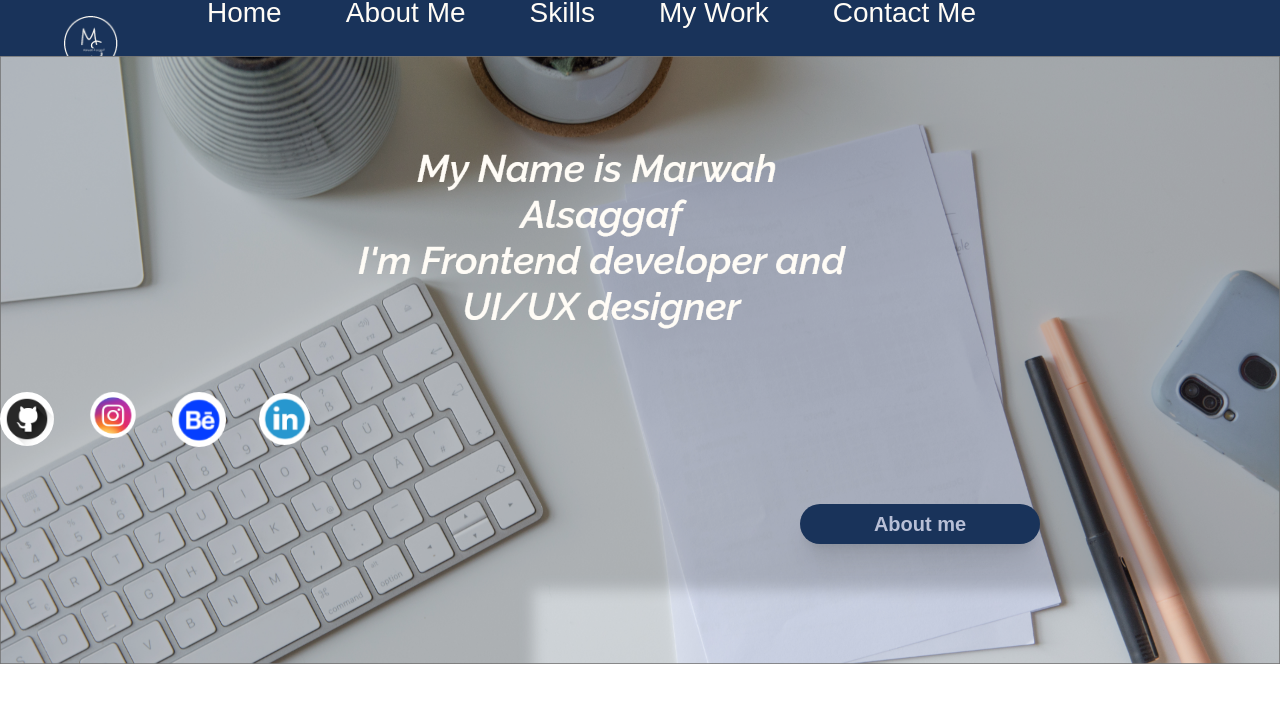
Repository: MEROO1010/my_portfolio
Page: /
An editor plug-in stored every save of this project. The page is shown before and after the next save, followed by the edit.
The browser window is 1280 px wide. The pictures show the whole page.
The project was rebuilt for these pictures with package versions that can differ from the ones it lists, and the page was loaded fresh each time. The framework's server and built-in components were replaced by stand-ins that run in the browser. Also part of the build but not shown: next.config.js.

Above is the page before, as saved 2023-03-10 01:33:36.

After the next save:
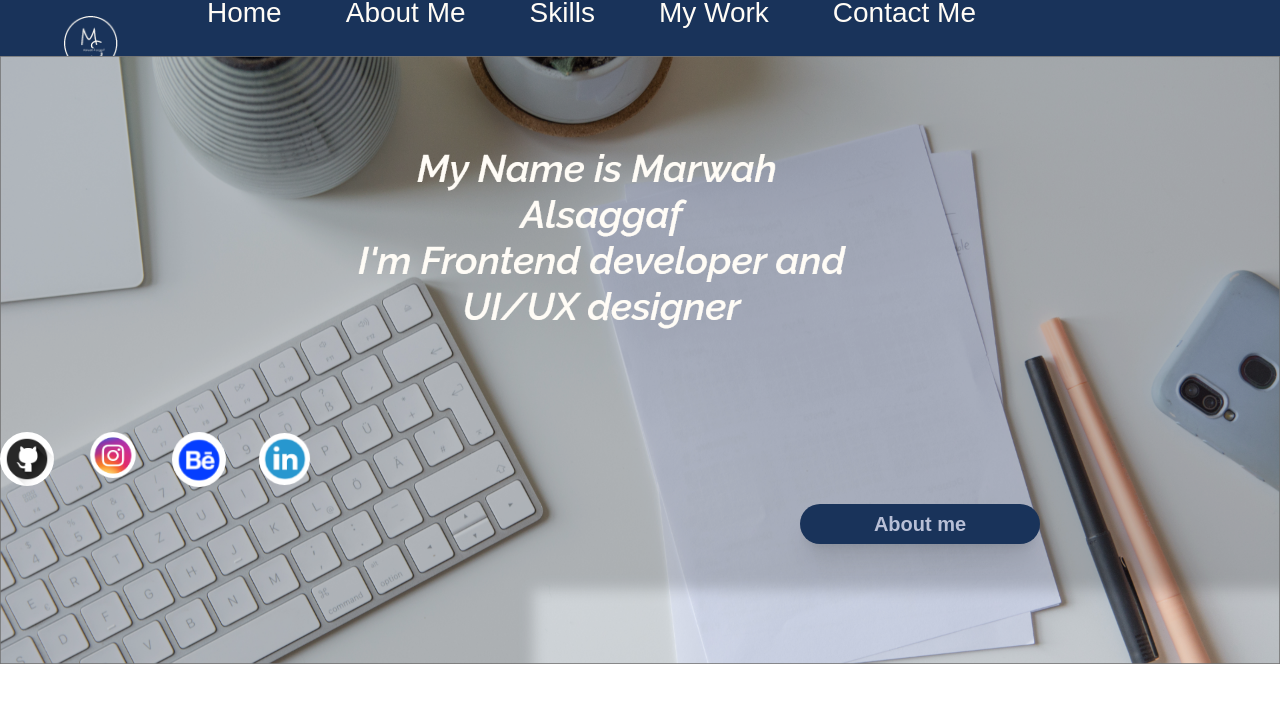
Saved 4 s later.
--- a/pages/components/HomePage.tsx
+++ b/pages/components/HomePage.tsx
@@ -32,7 +32,7 @@ const HomePage = () => {
         {/*add my others accounts list*/}
 
         <div>
-          <ul className=' absolute   float-right flex flex-col top-80 py-4    space-x-8 md:flex-row '>
+          <ul className=' absolute   float-right flex flex-col top-80 py-14    space-x-8 md:flex-row '>
             <li><a><Image src="/assets/images/github.png" alt="main image" width={54} height={54}/></a></li>
             <li><a><Image src="/assets/images/instagram.png" alt="main image" width={54} height={54}/></a></li>
             <li><a><Image src="/assets/images/behance.png" alt="main image" width={54} height={54}/></a></li>
